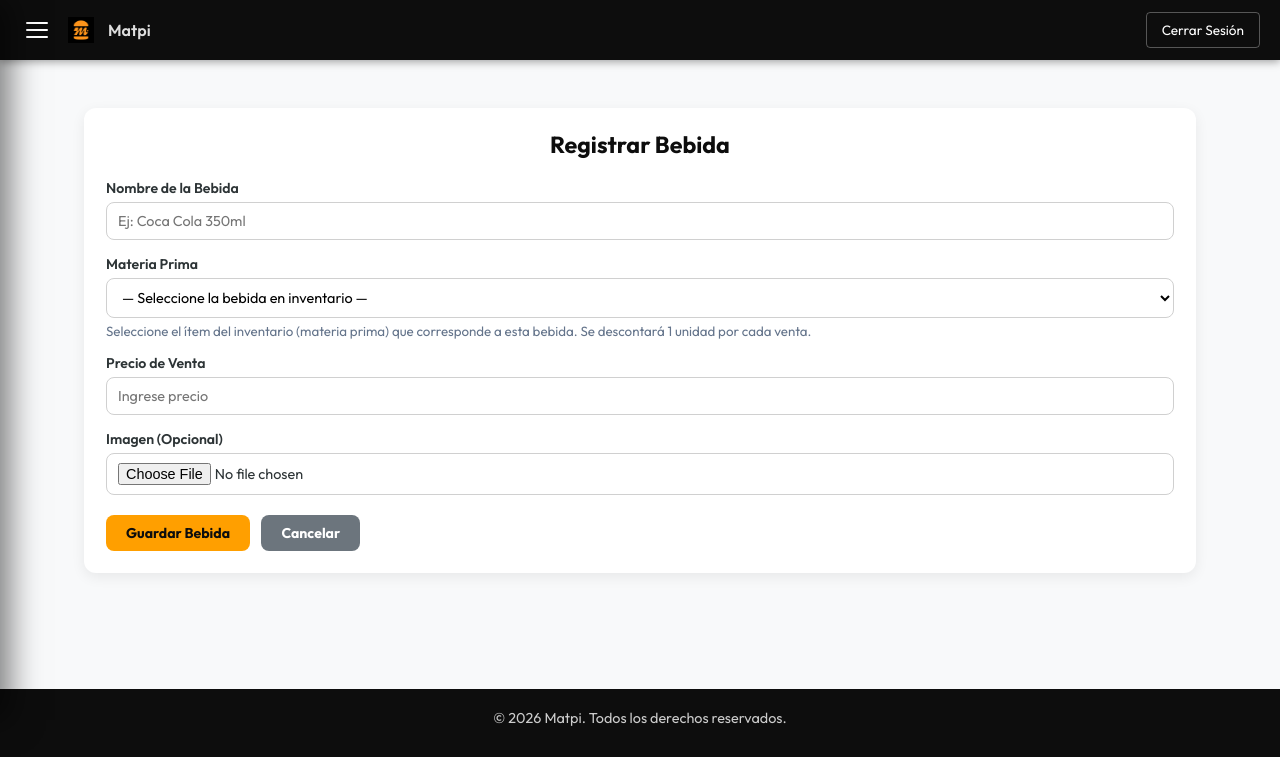
Repository: JuanFelipeNieto/MATPI-Python
Page: MATPI/productos/templates/productos/registrar_bebida.html
An editor plug-in stored every save of this project. The page is shown before and after the next save, followed by the edit.
The browser window is 1280 px wide. The pictures show the whole page.
The template is drawn by Django 5.2. The application's start-up code is not run. Other server files are loaded and not shown. The template is opened directly, without the code that normally fills it, so the values that code supplies are empty.

Above is the page before, as saved 2026-03-19 08:19:25.

### MATPI/productos/templates/productos/registrar_bebida.html
{% extends 'base.html' %}

{% block title %}Registrar Bebida — Matpi{% endblock %}

{% block content %}
<div class="formulario-seccion">
    <h1>Registrar Bebida</h1>

    <form method="POST" action="{% url 'registrar_producto' %}" enctype="multipart/form-data">
        {% csrf_token %}

        <!-- Categoría fija para Bebidas -->
        <input type="hidden" name="txt_categoria" value="Bebidas">

        <div class="form-group">
            <label for="txt_nombre">Nombre de la Bebida</label>
            <input type="text" id="txt_nombre" name="txt_nombre" placeholder="Ej: Coca Cola 350ml" required>
        </div>

        <div class="form-group">
            <label for="materia_id">Materia Prima </label>
            <select name="materia_id[]" id="materia_id" class="form-control" required>
                <option value="">— Seleccione la bebida en inventario —</option>
                {% for materia in materias_primas %}
                    <option value="{{ materia.id }}">{{ materia.nombre_materia_prima }} ({{ materia.unidad_medida }})</option>
                {% endfor %}
            </select>
            <small style="color: #64748b; margin-top: 5px; display: block;">
                Seleccione el ítem del inventario (materia prima) que corresponde a esta bebida.
                Se descontará 1 unidad por cada venta.
            </small>
            <!-- Cantidad fija de 1 para bebidas simples -->
            <input type="hidden" name="materia_cantidad[]" value="1">
        </div>

        <div class="form-group">
            <label for="txt_precio">Precio de Venta</label>
            <input type="number" id="txt_precio" name="txt_precio" placeholder="Ingrese precio" required>
        </div>

        <div class="form-group">
            <label for="txt_imagen">Imagen (Opcional)</label>
            <input type="file" id="txt_imagen" name="txt_imagen" accept="image/*">
        </div>

        <div style="margin-top: 20px;">
            <button type="submit" class="btn btn-guardar">Guardar Bebida</button>
            <a href="{% url 'listar_productos' %}" class="btn btn-cancelar">Cancelar</a>
        </div>
    </form>
</div>
{% endblock %}

### MATPI/templates/base.html
{% load static %}
<!DOCTYPE html>
<html lang="es">

<head>
    <meta charset="UTF-8">
    <meta name="viewport" content="width=device-width, initial-scale=1.0">
    <title>{% block title %}Matpi{% endblock %}</title>
    <link rel="icon" href="{% static 'img/Favicon.png' %}">
    <link rel="preconnect" href="https://fonts.googleapis.com">
    <link rel="preconnect" href="https://fonts.gstatic.com" crossorigin>
    <link href="https://fonts.googleapis.com/css2?family=Outfit:wght@300;400;600;700&display=swap" rel="stylesheet">
    <link rel="stylesheet" href="{% static 'css/matpi.css' %}">
    {% block extra_css %}{% endblock %}
</head>

<body>

    <div class="sidebar-overlay" id="sidebarOverlay"></div>

    <aside class="sidebar" id="sidebar">
        <button class="sidebar-close-btn" id="sidebarCloseBtn" title="Cerrar menú">✕</button>

        <div class="sidebar-header">
            <a href="{% url 'dashboard' %}" class="sidebar-header-link">
                <img src="{% static 'img/Logomatpi.png' %}" alt="Matpi" class="sidebar-logo">
                <span class="sidebar-brand">Matpi</span>
            </a>
        </div>

        <nav class="sidebar-nav">
            <div class="nav-section">
                <span class="nav-section-label">General</span>
                <a href="{% url 'dashboard' %}" class="sidebar-link" title="Dashboard">
                    <span class="sidebar-icon">🏠</span>
                    <span class="sidebar-label">Dashboard</span>
                </a>
            </div>

            <div class="nav-section">
                <span class="nav-section-label">Operaciones</span>
                <a href="{% url 'listar_pedidos' %}" class="sidebar-link" title="Pedidos">
                    <span class="sidebar-icon">📋</span>
                    <span class="sidebar-label">Pedidos</span>
                </a>
                <a href="{% url 'listar_facturas' %}" class="sidebar-link" title="Facturas">
                    <span class="sidebar-icon">💰</span>
                    <span class="sidebar-label">Facturas</span>
                </a>
                <a href="{% url 'listar_reservas' %}" class="sidebar-link" title="Reservas">
                    <span class="sidebar-icon">🪑</span>
                    <span class="sidebar-label">Reservas</span>
                </a>
                <a href="{% url 'listar_clientes' %}" class="sidebar-link" title="Clientes">
                    <span class="sidebar-icon">👥</span>
                    <span class="sidebar-label">Clientes</span>
                </a>
            </div>

            <div class="nav-section">
                <span class="nav-section-label">Inventario</span>
                <a href="{% url 'listar_productos' %}" class="sidebar-link" title="Productos">
                    <span class="sidebar-icon">🍔</span>
                    <span class="sidebar-label">Productos</span>
                </a>
                <a href="{% url 'listar_materia_prima' %}" class="sidebar-link" title="Materia Prima">
                    <span class="sidebar-icon">🥬</span>
                    <span class="sidebar-label">Materia Prima</span>
                </a>
                <a href="{% url 'listar_proveedores' %}" class="sidebar-link" title="Proveedores">
                    <span class="sidebar-icon">🚚</span>
                    <span class="sidebar-label">Proveedores</span>
                </a>
            </div>

            {% if es_admin %}
            <div class="nav-section">
                <span class="nav-section-label">Administración</span>
                <a href="{% url 'listar_usuarios' %}" class="sidebar-link" title="Gestión de Cajeros">
                    <span class="sidebar-icon">👤</span>
                    <span class="sidebar-label">Cajeros</span>
                </a>
            </div>
            {% endif %}

        </nav>

        <a href="{% url 'ver_perfil' request.session.usuario_id %}" class="sidebar-footer" title="Mi Perfil">
            <div class="user-avatar-mini" style="width: 35px; height: 35px; background: var(--primary); border-radius: 10px; display: flex; align-items: center; justify-content: center; font-size: 1.2rem; color: var(--black); font-weight: bold; flex-shrink: 0;">
                👤
            </div>
            <div class="sidebar-label" style="overflow: hidden; text-overflow: ellipsis; white-space: nowrap;">
                <span style="display: block; color: var(--white); font-weight: 600;">{{ request.session.usuario_nombre|default:"Usuario" }}</span>
                <small style="font-size: 0.65rem; color: var(--primary); font-weight: 800; text-transform: uppercase;">
                    {% if es_admin %}ADMINISTRADOR{% else %}CAJERO{% endif %}
                </small>
            </div>
        </a>
    </aside>

    <div class="page-wrapper" id="pageWrapper">
        <header class="topbar">
            <button class="topbar-menu-btn" id="topbarMenuBtn" title="Abrir menú">
                <span class="hamburger-line"></span>
                <span class="hamburger-line"></span>
                <span class="hamburger-line"></span>
            </button>
            <a href="{% url 'dashboard' %}" class="topbar-logo-link">
                <img src="{% static 'img/Logomatpi.png' %}" alt="Matpi" class="topbar-logo">
            </a>
            <span class="topbar-title">Matpi</span>

            <a href="{% url 'logout' %}" class="logout-btn" style="margin-left: auto; color: white; text-decoration: none; padding: 8px 15px; font-size: 0.85em; border: 1px solid rgba(255,255,255,0.3); border-radius: 4px;" onclick="return confirm('¿Estás seguro de que deseas cerrar sesión?');">Cerrar Sesión</a>
        </header>

        <main>
            {% if messages %}
                <div class="messages-container" style="padding: 15px 20px 0 20px;">
                    {% for message in messages %}
                        <div class="alert alert-{{ message.tags }}"
                             style="padding: 12px; margin-bottom: 10px; border-radius: 6px; border-left: 5px solid
                                    {% if message.tags == 'error' %} #721c24; background-color: #f8d7da; color: #721c24;
                                    {% elif message.tags == 'success' %} #155724; background-color: #d4edda; color: #155724;
                                    {% else %} #856404; background-color: #fff3cd; color: #856404; {% endif %}">
                            {{ message }}
                        </div>
                    {% endfor %}
                </div>
            {% endif %}

            <div class="content-body" style="padding: 20px;">
                {% block content %}{% endblock %}
            </div>
        </main>

        <footer>
            <p>© 2026 Matpi. Todos los derechos reservados.</p>

        </footer>
    </div>

    <script>
        (function () {
            const sidebar = document.getElementById('sidebar');
            const overlay = document.getElementById('sidebarOverlay');
            const openBtn = document.getElementById('topbarMenuBtn');
            const closeBtn = document.getElementById('sidebarCloseBtn');

            function openSidebar() {
                sidebar.classList.add('open');
                overlay.classList.add('active');
                document.body.classList.add('sidebar-open');
            }

            function closeSidebar() {
                sidebar.classList.remove('open');
                overlay.classList.remove('active');
                document.body.classList.remove('sidebar-open');
            }

            openBtn.addEventListener('click', openSidebar);
            closeBtn.addEventListener('click', closeSidebar);
            overlay.addEventListener('click', closeSidebar);

            // Resaltar link activo
            const currentPath = window.location.pathname;
            document.querySelectorAll('.sidebar-link').forEach(function (link) {
                const href = link.getAttribute('href');
                // Si estamos en la raíz del dashboard o en una sub-url del módulo
                if (href === currentPath || (href !== '/' && currentPath.startsWith(href))) {
                    link.classList.add('active');
                }
            });
        })();
    </script>

</body>
</html>

Loaded but not shown: MATPI/static/css/matpi.css (795 lines, source omitted)

After the next save:
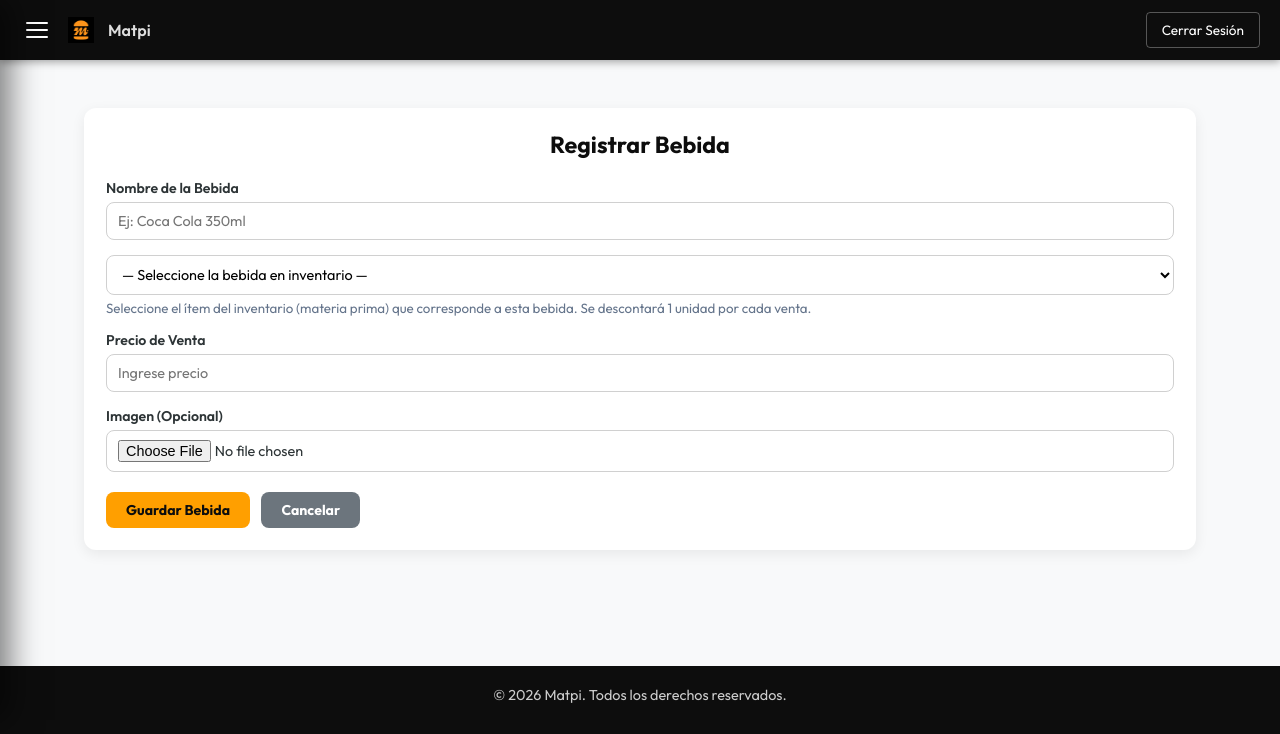
Saved 14 s later.
--- a/MATPI/productos/templates/productos/registrar_bebida.html
+++ b/MATPI/productos/templates/productos/registrar_bebida.html
@@ -18,7 +18,7 @@
         </div>
 
         <div class="form-group">
-            <label for="materia_id">Materia Prima </label>
+            <label for="materia_id"></label>
             <select name="materia_id[]" id="materia_id" class="form-control" required>
                 <option value="">— Seleccione la bebida en inventario —</option>
                 {% for materia in materias_primas %}
